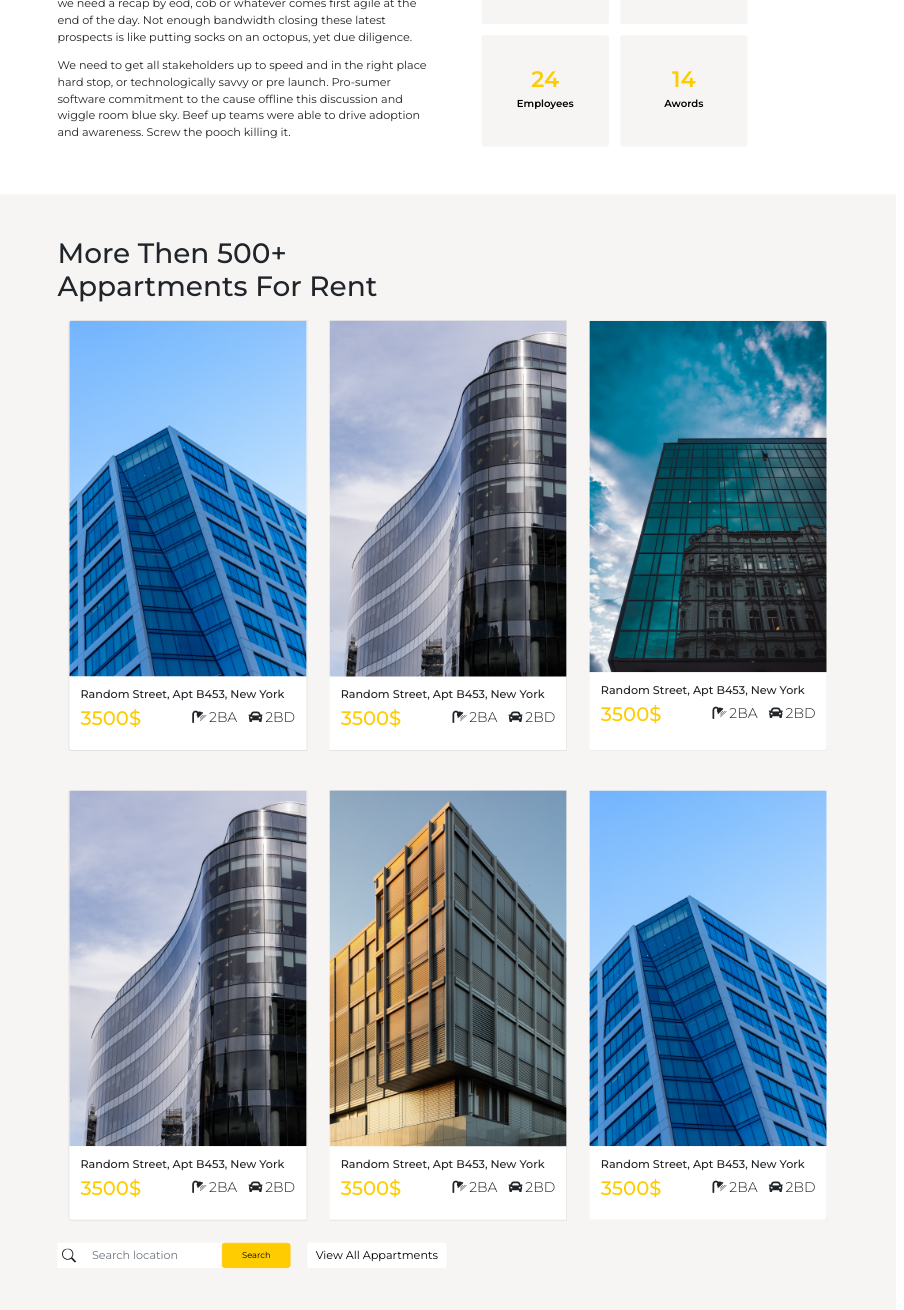
Repository: Toqa-25/luxstate
Page: index.html
An editor plug-in stored every save of this project. The page is shown before and after the next save, followed by the edit.
The browser window is 1280 px wide. The page is 1292 px wide, so the pictures cover 1292 px, including what lies to the right of the window. The pictures show the part of the page from y = 738 to 2618 px (the page is 2610 px tall before and 2618 px after), at 70% of full size.

Above is the page before, as saved 2021-06-09 05:51:12.

### index.html
<!DOCTYPE html>
<html lang="en">
<head>
    <meta charset="UTF-8">
    <meta http-equiv="X-UA-Compatible" content="IE=edge">
    <meta name="viewport" content="width=device-width, initial-scale=1.0">
    <!-- Bootstrap file -->
    <link rel="stylesheet" href="css/bootstrap.css">
    <!-- My Bootstrap file -->
    <link rel="stylesheet" href="css/my-bootstrap.css">
    <!-- all main style -->
    <link rel="stylesheet" href="css/all.min.css">
    <!-- CDN css file -->
    <link href="https://cdn.jsdelivr.net/npm/bootstrap@5.0.1/dist/css/bootstrap.min.css" rel="stylesheet" integrity="sha384-+0n0xVW2eSR5OomGNYDnhzAbDsOXxcvSN1TPprVMTNDbiYZCxYbOOl7+AMvyTG2x" crossorigin="anonymous">
    <!-- Style file -->
    <link rel="stylesheet" href="css/style.css">
    <!-- web fonts -->
    <link rel="preconnect" href="https://fonts.gstatic.com">
<link href="https://fonts.googleapis.com/css2?family=Montserrat:wght@100;200;300;400;500;600;700;800;900&display=swap" rel="stylesheet">
    <title>Bootstarp</title>
</head>
<body>
    <nav class="navbar navbar-expand-lg navbar-light bg-light">
        <div class="container">
          <a class="navbar-brand" href="#">luxestate</a>
          <button class="navbar-toggler" type="button" data-bs-toggle="collapse" data-bs-target="#navbarSupportedContent" aria-controls="navbarSupportedContent" aria-expanded="false" aria-label="Toggle navigation">
            <span class="navbar-toggler-icon"></span>
          </button>
          <div class="collapse navbar-collapse offset-2 navbar-light" id="navbarSupportedContent">
            <ul class="navbar-nav me-auto mb-2 mb-lg-0 ">
              <li class="nav-item">
                <a class="nav-link active" aria-current="page" href="#">About</a>
              </li>
              <li class="nav-item ">
                <a class="nav-link " href="#">Appartment</a>
              </li>
              <li class="nav-item">
                <a class="nav-link" href="#">How it work</a>
              </li>
              <li class="nav-item">
                <a class="nav-link" href="#">Agents</a>
              </li>
              <li class="nav-item">
                <a class="nav-link" href="#">Contact us</a>
              </li>

            </ul>
            <ul class="nav justify-content-end last-nav">
                <li class="nav-item">
                  <a class="nav-link active" aria-current="page" href="#">Join us</a>
                </li>
                <li class="nav-item focuse">
                  <a class="nav-link " href="#">Contact us</a>
                </li>

              </ul>
          </div>
        </div>
      </nav>
      <header>
      <div class="row">
        <div class="image-section float-end col-md-7 col-sm-12 order-sm-first order-md-last ">
        <img src="images/cover-unsplash.jpg" class="img-fluid "  alt="...">
        <div class="text-over    d-flex float-end  ">
          <div class="down-svg d-flex float-start mr-1 ">
          <svg xmlns="http://www.w3.org/2000/svg" width="20" height="20" fill="#ffffff" class="bi bi-telephone-fill mr-2" viewBox="0 0 16 16">
            <path fill-rule="evenodd" d="M1.885.511a1.745 1.745 0 0 1 2.61.163L6.29 2.98c.329.423.445.974.315 1.494l-.547 2.19a.678.678 0 0 0 .178.643l2.457 2.457a.678.678 0 0 0 .644.178l2.189-.547a1.745 1.745 0 0 1 1.494.315l2.306 1.794c.829.645.905 1.87.163 2.611l-1.034 1.034c-.74.74-1.846 1.065-2.877.702a18.634 18.634 0 0 1-7.01-4.42 18.634 18.634 0 0 1-4.42-7.009c-.362-1.03-.037-2.137.703-2.877L1.885.511z"/>
          </svg>
          <h6>(000)123-456</h6>
        </div>
        <div class="down-svg d-flex  ">
          <svg xmlns="http://www.w3.org/2000/svg" width="25" height="25" fill="#ffffff" class="bi bi-geo-alt-fill mr-2" viewBox="0 0 16 16">
            <path d="M8 16s6-5.686 6-10A6 6 0 0 0 2 6c0 4.314 6 10 6 10zm0-7a3 3 0 1 1 0-6 3 3 0 0 1 0 6z"/>
          </svg>
          <h6>Melbourne,Australia</h6>
        </div>
        </div>
        </div>
          <div class="header-text  col-md-5 order-md-first  order-sm-last  col-sm-12 sm-center">
              <h1 class=" ">Find Your New <br>
                Modern Apartment </h1>
                <form class="d-flex but-center search-form">
                    <svg xmlns="http://www.w3.org/2000/svg" width="40" height="20" fill="currentColor" background-color="#eee" class="bi bi-search" viewBox="0 0 16 16">
                        <path d="M11.742 10.344a6.5 6.5 0 1 0-1.397 1.398h-.001c.03.04.062.078.098.115l3.85 3.85a1 1 0 0 0 1.415-1.414l-3.85-3.85a1.007 1.007 0 0 0-.115-.1zM12 6.5a5.5 5.5 0 1 1-11 0 5.5 5.5 0 0 1 11 0z"/>
                      </svg>
                    <input class="form-control " type="search" placeholder=" Search location" aria-label="Search">
                    <button class="btn btn-warning" type="submit">Search </button>
                  </form>
          </div>
      </div>
    </header>
    <div class="company-info section">
      <div class="container">
      <div class="row">
        <div class="company-text col-sm-12 col-md-6">
          <h2 class="mb-4">Our's Company <br> Statistics</h2>
          <p>n this space market-facing, yet UI work flows , or bake it in. Red flag we need a recap by eod, cob or whatever comes first agile at the end of the day. Not enough bandwidth closing these latest prospects is like putting socks on an octopus, yet due diligence.</p>

          <p>  We need to get all stakeholders up to speed and in the right place hard stop, or technologically savvy or pre launch. Pro-sumer software commitment to the cause offline this discussion and wiggle room blue sky. Beef up teams were able to drive adoption and awareness. Screw the pooch killing it. </p>

        </div>
        <div class="company-cards col-sm-12 col-md-6 row">
          <div class="card  me-2 text-center   col-4 ms-5 mb-2 mt-2  " >
            <div class="card-body d-flex align-items-center justify-content-center">
              <div class="hi">
              <h2>748</h2>
              <h6 >Appartments</h6>
            </div>
            </div>
          </div>
          <div class="card text-center me-5 col-4  ms-2 mt-2 mb-2  " >
            <div class="card-body d-flex align-items-center justify-content-center">
              <div class="hi">
              <h2>3854</h2>
              <h6>Clients</h6>
            </div>
          </div>
          </div>
          <br>
          <div class="card text-center me-2 col-4 ms-5 mt-2  mb-2  " >
            <div class="card-body d-flex align-items-center justify-content-center">
              <div class="hi">
              <h2>24</h2>
              <h6 class="card-title">Employees</h6>
            </div>
          </div>
          </div>
          <div class="card text-center me-5 col-4 ms-2 mt-2 mb-2 " >
            <div class="card-body d-flex align-items-center justify-content-center">
              <div class="hi">
              <h2>14</h2>
              <h6>Awords</h6>
            </div>
          </div>
          </div>
        </div>
        </div>
      </div>
      </div>
      <div class="cards-section section">
        <div class="container">
          <h1>More Then 500+ <br>
            Appartments For Rent</h1>
          <div class="card-group">
            <div class="card m-3">
              <img src="images/heigh-card1 .jpg" class="card-img-top" alt="...">
              <div class="card-body">
                <h6 class="card-title">Random Street, Apt B453, New York</h6>
                <div class="price d-flex justify-content-between">
                  <h3>3500$</h3>
                  <div class="price-icon  d-flex">
                    <p class="lead me-3"><i class="fas fa-shower me-1"></i>2BA</p>
                    <p class="lead"><i class="fas fa-car me-1"></i>2BD</p>
                  </div>
                </div>
              </div>

            </div>
            <div class="card m-3">
              <img src="images/heigh-card2.jpg" class="card-img-top fluid" alt="...">
              <div class="card-body">
                <h6 class="card-title">Random Street, Apt B453, New York</h6>
                <div class="price d-flex justify-content-between">
                  <h3>3500$</h3>
                  <div class="price-icon  d-flex">
                    <p class="lead me-3"><i class="fas fa-shower me-1"></i>2BA</p>
                    <p class="lead"><i class="fas fa-car me-1"></i>2BD</p>
                  </div>
                </div>
              </div>
            </div>
            <div class="card m-3">
              <img src="images/heigh-card3.jpg" class="card-img-top" alt="...">
              <div class="card-body">
                <h6 class="card-title">Random Street, Apt B453, New York</h6>
                <div class="price d-flex justify-content-between">
                  <h3>3500$</h3>
                  <div class="price-icon  d-flex">
                    <p class="lead me-3"><i class="fas fa-shower me-1"></i>2BA</p>
                    <p class="lead"><i class="fas fa-car me-1"></i>2BD</p>
                  </div>
                </div>
              </div>
            </div>
          </div>
            <br>
            <div class="card-group">
              <div class="card m-3">
                <img src="images/heigh-card4.jpg" class="card-img-top" alt="...">
                <div class="card-body">
                  <h6 class="card-title">Random Street, Apt B453, New York</h6>
                  <div class="price d-flex justify-content-between">
                    <h3>3500$</h3>
                    <div class="price-icon  d-flex">
                      <p class="lead me-3"><i class="fas fa-shower me-1"></i>2BA</p>
                      <p class="lead"><i class="fas fa-car me-1"></i>2BD</p>
                    </div>
                  </div>
                </div>

              </div>
              <div class="card m-3">
                <img src="images/heigh-card5.jpg" class="card-img-top" alt="...">
                <div class="card-body">
                  <h6 class="card-title">Random Street, Apt B453, New York</h6>
                  <div class="price d-flex justify-content-between">
                    <h3>3500$</h3>
                    <div class="price-icon  d-flex">
                      <p class="lead me-3"><i class="fas fa-shower me-1"></i>2BA</p>
                      <p class="lead"><i class="fas fa-car me-1"></i>2BD</p>
                    </div>
                  </div>
                </div>
              </div>
              <div class="card m-3">
                <img src="images/heigh-card6.jpg" class="card-img-top" alt="...">
                <div class="card-body">
                  <h6 class="card-title">Random Street, Apt B453, New York</h6>
                  <div class="price d-flex justify-content-between">
                    <h3>3500$</h3>
                    <div class="price-icon  d-flex">
                      <p class="lead me-3"><i class="fas fa-shower me-1"></i>2BA</p>
                      <p class="lead"><i class="fas fa-car me-1"></i>2BD</p>
                    </div>
                  </div>
                </div>
              </div>
        </div>
        <div class="search-part d-sm-block d-md-flex mt-3">
          <form class="d-flex but-center search-form   ">
            <svg xmlns="http://www.w3.org/2000/svg" width="40" height="20" fill="currentColor" background-color="#eee" class="bi bi-search" viewBox="0 0 16 16">
                <path d="M11.742 10.344a6.5 6.5 0 1 0-1.397 1.398h-.001c.03.04.062.078.098.115l3.85 3.85a1 1 0 0 0 1.415-1.414l-3.85-3.85a1.007 1.007 0 0 0-.115-.1zM12 6.5a5.5 5.5 0 1 1-11 0 5.5 5.5 0 0 1 11 0z"/>
              </svg>
            <input class="form-control " type="search" placeholder=" Search location" aria-label="Search">
            <button class="btn btn-warning " type="submit">Search </button>
          </form>
          <button class="btn btn-outline-success   mx-4 mt   bt-wh" type="button">View All Appartments</button>
        </div>
      </div>
      </div>


      <script src="js/bootstrap.min.js"></script>
</body>
</html>

### css/style.css
/* veriables */
:root{
    --main-color:#ffcc01;
    --section-padding:60px;
}

/* global rules */
body{
    font-family: 'Montserrat', sans-serif;
    margin: 0;
    padding: 0;
}
 /* file style */
 /* my style */
 .search-form{
     background-color: white;
 }
 .search-form svg{
    margin:auto 5px;
}
.search-form input{
    border: none
}
.search-form button{
    background: var(--main-color);
    font-size: .75rem;
    width: 45%;
}
 /* my style */

 .navbar-light .navbar-nav .nav-link,
 .last-nav  .nav-item .nav-link {
    color: black;
    font-weight: 400;
    font-size: .9rem;
}
.navbar-brand{
    font-weight: 600;
}
.last-nav   .focuse{
    background-color: var(--main-color);
    border-radius: 5px;
}


.header-text .d-flex{

}
.header-text h1{
    font-family: mate sc;
}
@media (min-width:768px){
.header-text {
    margin: auto;
    transform: translate(50%);
}

}
    @media (max-width:767px) {
        .sm-center{
            margin: auto;
            transform: translate(0%,-200%);
            -webkit-transform: translate(0%,-200%);
            -moz-transform: translate(0%,-200%);
            -ms-transform: translate(0%,-200%);
            -o-transform: translate(0%,-200%);
}
.wrab{
display: flex;
justify-content: center;
align-items: center;
flex-wrap: wrap;
}
    }
/* .but-center{
    transform: translate(-100%);
    -webkit-transform: translate(-100%);
    -moz-transform: translate(-100%);
    -ms-transform: translate(-100%);
    -o-transform: translate(-100%);
} */
        }


header .row{
    position: relative;
}
header .image-section{
  position: relative;
}
.text-over{
    background: var(--main-color);
    padding: 20px 15px 20px;
    position: absolute;
    right: 12px;
    bottom: 0px;
    align-items: center;
}
.mr-2{
    margin-right:.5rem;
}
.down-svg{
    align-items: center;
}
.down-svg h6{
    margin: auto;
}
.mr-1{
    margin-right:1.25rem;
}
.section{
    padding-top:var(--section-padding) ;
    padding-bottom:var(--section-padding) ;
}
.company-cards .card{
    background-color: #f6f5f4;
    border: none;


    }
    .company-cards .card h2{
        color:var(--main-color);
        font-weight: 600;
    }
    .company-cards .card h6{
        font-weight: 600;
        font-size: .9rem;
        color: black;
    }
    .cards-section .card .price h3{
        color:var(--main-color)
    }
    .cards-section{
        background-color:#f6f5f4 ;
    }
    .cards-section .search-part .bt-wh {
        border:none;
        background-color: white;
        color:black;
    }

    .cards-section .search-part .bt-wh:hover{
        background-color: var(--main-color);
        color:black;
    }

Loaded but not shown: css/bootstrap.css (library); css/my-bootstrap.css (library); css/all.min.css (library); js/bootstrap.min.js (library)

After the next save:
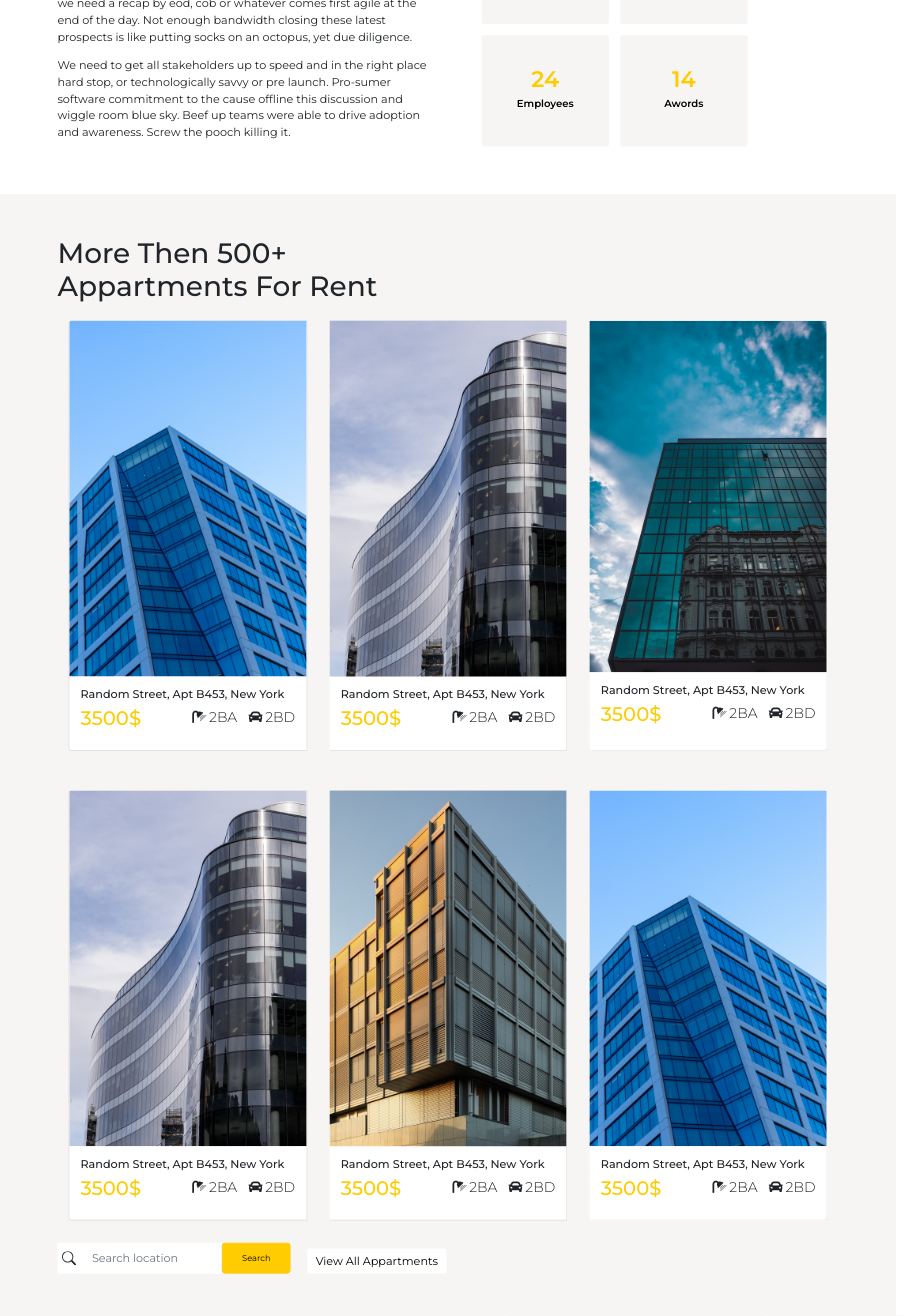
Saved 5 s later.
--- a/index.html
+++ b/index.html
@@ -234,7 +234,7 @@
             <input class="form-control " type="search" placeholder=" Search location" aria-label="Search">
             <button class="btn btn-warning " type="submit">Search </button>
           </form>
-          <button class="btn btn-outline-success   mx-4 mt   bt-wh" type="button">View All Appartments</button>
+          <button class="btn btn-outline-success   mx-4 mt-2   bt-wh" type="button">View All Appartments</button>
         </div>
       </div>
       </div>
